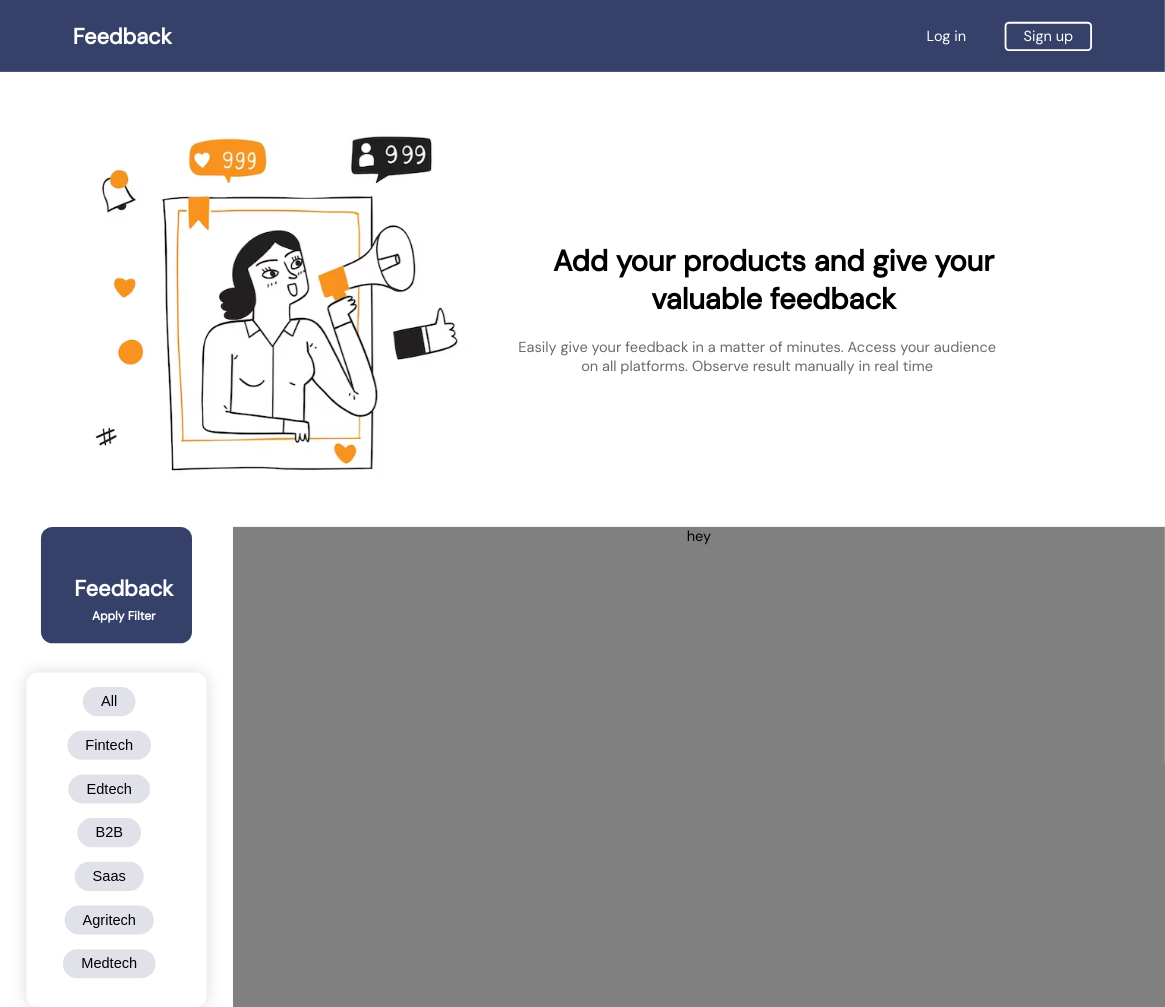
Repository: drumsmanku/final-evaluation-test
Page: / (app in client/)
The author's editor kept a copy of each file at every save. The page is drawn from the files as they stood at one save, then again after the next save.
The browser window is 1280 px wide. The pictures show the whole page, at 91% of full size.
The page's requests for data from a server got no answer. The project was rebuilt for these pictures with package versions that can differ from the ones it lists, and the page was loaded fresh each time. No one was signed in, and anything a server would have sent is missing.

Above is the page before, as saved 2023-07-29 11:43:16.

### client/src/App.js
import './App.css';
import { BrowserRouter as Router, Route, Routes} from 'react-router-dom';
import MainPage from './Components/MainPage';
function App() {
  return (
    <div className="App">
      <Router>
        <Routes>
          <Route path='/' element={<MainPage/>}/>


        </Routes>
      </Router>
    </div>
  );
}

export default App;

### client/src/Components/MainPage.js
import React, {useState, useEffect} from 'react';
import '../CSS/MainPage.css';
import profile from'../Assets/profilepic.webp';
import img1 from '../Assets/frontphoto.png';
import axios from 'axios';

const buttonTitles=['All', 'Fintech', 'Edtech', 'B2B', 'Saas', 'Agritech', 'Medtech'];
const buttonStyles={
  padding:'0.2rem 1.25rem 0.2rem 1.25rem',
  backgroundColor:'#36416A26',
  fontSize:'medium',
  borderRadius:'1rem',
  border:'none',
  margin:'0 1rem 1rem 0',
  height:'2rem',
}

function MainPage() {
  const [categorySet, setCategorySet]=useState([])
  const [isLoggedIn, setIsLoggedIn]=useState(false);
  const [products, setProdcts]=useState([])
  useEffect(()=>{
    const User=localStorage.getItem('user');
    if(User){
      setIsLoggedIn(true);
    }

  }, []);
  const handleLogout=()=>{
    localStorage.removeItem('user');
    setIsLoggedIn(false);
  }
  const handleCategoryClick=(event)=>{
    const currentCat=event.target.value;
    if(!categorySet.includes(currentCat)){
      setCategorySet([...categorySet, event.target.value]);
    }
    else{
      setCategorySet(categorySet.filter(cat=>cat!=currentCat))
    }

  }

  useEffect(()=>{
    const category=categorySet
    axios.get(`http://localhost/4000/get-prods?category=${category.join(',')}`)
    .then((res)=>{setProdcts(res.data.products)})
    .catch(err=>console.log(err))

  }, [categorySet])

  return (
    <div className='main-container'>
      <div className="main-top-container">
        <div className='navbar' >
          <div style={{display:'flex',width:'100%', justifyContent:' space-between', alignItems:'center',}}>
          <h3 style={{marginLeft:'5rem', color:'white', fontSize:'1.5rem'}}>Feedback</h3>
          <div style={{display:'flex', marginRight:'5rem'}}>
              {isLoggedIn ? (
                <>
                  <button style={{background:'none', fontSize:'large', border:'none', fontFamily:'DM Sans', color:'white'}} onClick={handleLogout}>Logout</button>
                  <span style={{color:'white', fontFamily:'DM Sans', fontSize:'large', display:'flex', alignItems:'center', marginLeft:'1rem'}}>Hello!</span>
                  <img src={profile} alt="" height={50} width={50} style={{borderRadius:'100%', marginLeft:'1rem'}} />
                </>
              ) : (
                <>
                  <button className='btn-main-page-login' type='submit'  >Log in</button>
                  <button type='submit'  className='btn-main-page-register' >Sign up</button>
                </>
              )}
            </div>
          </div>
        </div>
        <div className="title-desc">
          <img src={img1} alt="" height={500} style={{marginLeft:'3rem'}}/>
          <div style={{display:'flex', flexDirection:'column', marginLeft:'2rem'}}>
              <h1 style={{maxWidth:'80%'}}> Add your products and give your valuable feedback</h1>
              <span style={{maxWidth:'75%', color:'#6A6A6A'}}>Easily give your feedback in a matter of minutes. Access your audience on all platforms. Observe result manually in real time</span>
          </div>
        </div>
      </div>
      <div className="main-bottom-container">
        <div className="bottom-left">
          <article style={{backgroundColor:'#36416A', width:'65%', color:'white', paddingTop:'2rem', borderRadius:'0.8rem', marginBottom:'2rem'}}>
            <h2 style={{marginBottom:'0.4rem',marginLeft:'1rem'}}>Feedback</h2>
            <h5 style={{marginTop:0, marginLeft:'1rem'}}>Apply Filter</h5>
          </article>
          <article style={{width:'65%', borderRadius:'0.8rem', padding:'1rem', boxShadow:'0 0 17px #00000026'}}>
             {buttonTitles.map((title, idx)=>(
              <button value={title} onClick={handleCategoryClick} style={{...buttonStyles}} key={idx}>{title}</button>
             ))}
          </article>
        </div>
        <div className="bottom-right">
          hey
        </div>
      </div>
    </div>
  )
}

export default MainPage

### client/src/CSS/MainPage.css
@import url('https://fonts.googleapis.com/css2?family=DM+Sans&display=swap');

body{
  font-family: 'DM Sans';
}
.main-container{
  height: 100vh;
  width: 100vw;
  display: flex;
  flex-direction: column;

}
.main-top-container{
  width: 100%;
}
.btn-main-page-login{
  height: 2rem;
  width: 6rem;
  font-weight: 500;
  font-size: medium ;
  background: none;
  border: none;
  border-radius: 0.3rem;
  margin-left: 1rem;
  margin-bottom:0;
  color: white;
  font-family: 'DM Sans';
  cursor: pointer;
}
.btn-main-page-register{
  height: 2rem;
  width: 6rem;
  font-size: medium;
  font-weight: 500;
  background-color: #36416A;
  border: 2px solid white;
  border-radius: 0.3rem;
  margin-left: 1rem;
  margin-bottom:0;
  color: white;
  font-family: 'DM Sans';
  cursor: pointer;
}
.navbar{
  width: 100%;
  background-color: #36416A;
}
.title-desc{
  width: 100%;
  display: flex;
  align-items: center;
  justify-content: space-around;

}
.bottom-left{
  width: 20%;
  display: flex;
  flex-direction: column;
  align-items: center;

}
.bottom-right{
  width: 80%;
  background-color: gray;
}
.main-bottom-container{
  width:100%;
  display: flex;
}

Loaded but not shown: client/public/index.html (common file); client/src/index.js (common file); client/src/index.css (common file); client/src/App.css (common file)

After the next save:
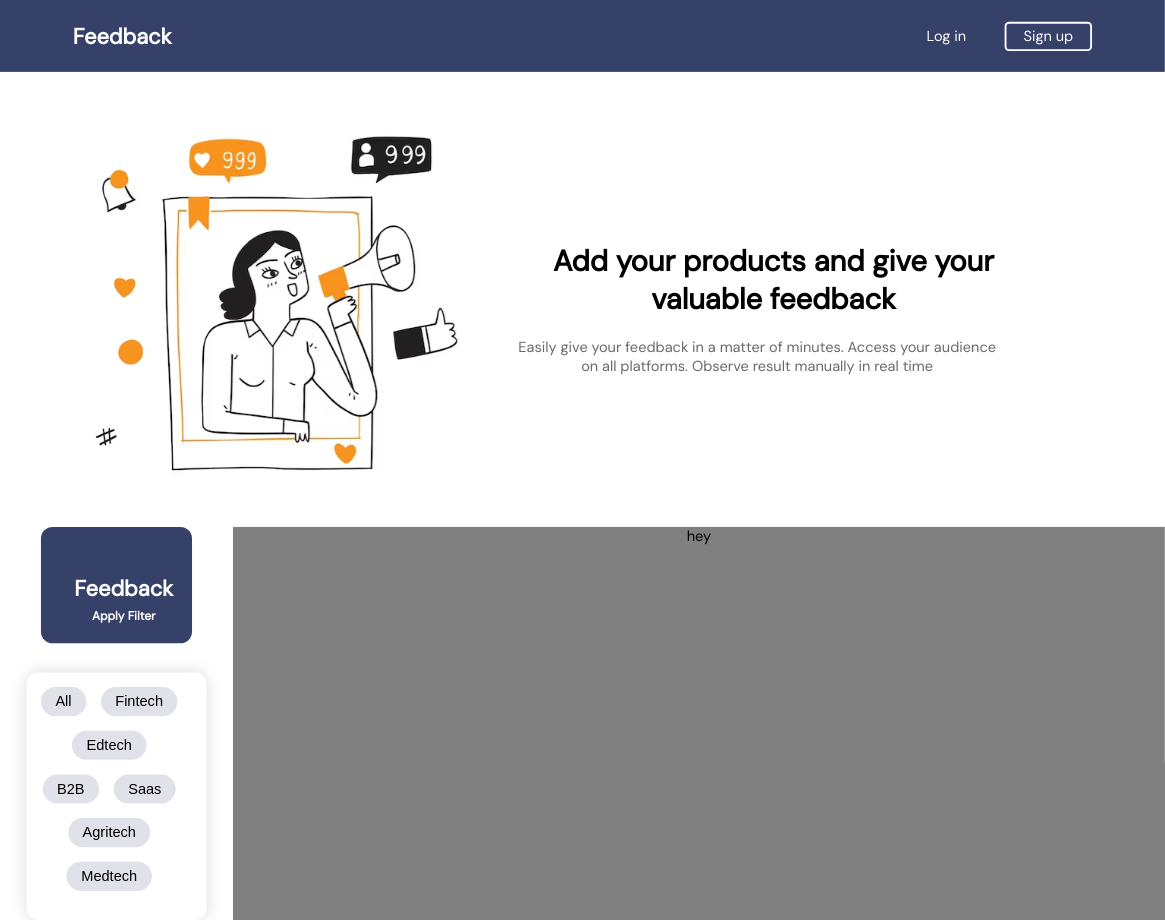
Saved 13 s later.
--- a/client/src/Components/MainPage.js
+++ b/client/src/Components/MainPage.js
@@ -6,7 +6,7 @@ import axios from 'axios';
 
 const buttonTitles=['All', 'Fintech', 'Edtech', 'B2B', 'Saas', 'Agritech', 'Medtech'];
 const buttonStyles={
-  padding:'0.2rem 1.25rem 0.2rem 1.25rem',
+  padding:'0.2rem 1rem 0.2rem 1rem',
   backgroundColor:'#36416A26',
   fontSize:'medium',
   borderRadius:'1rem',

After the 2 saves that followed:
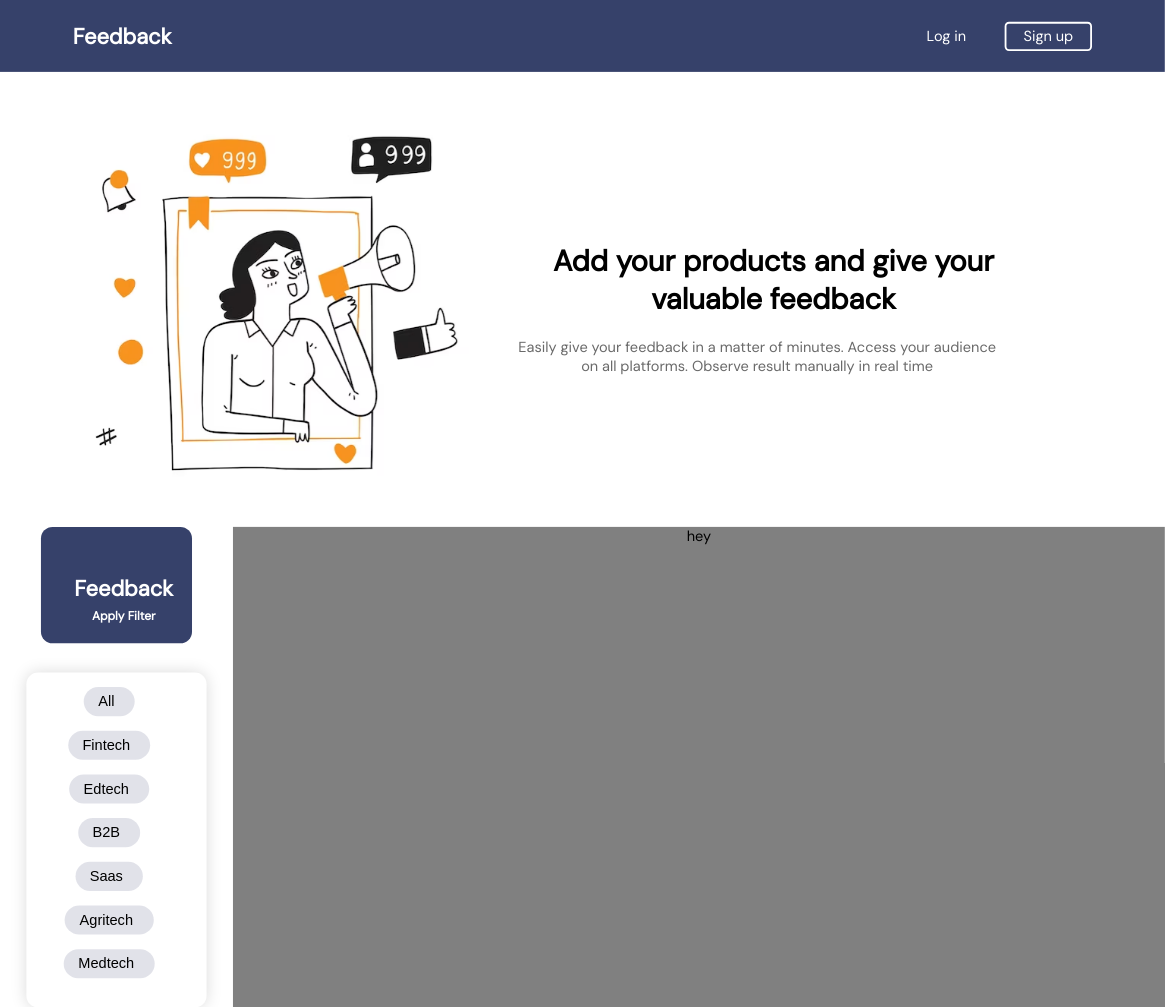
The 2 saves are shown as one change because 1 left the picture as it was.
The last was saved 29 s later.
--- a/client/src/Components/MainPage.js
+++ b/client/src/Components/MainPage.js
@@ -6,13 +6,14 @@ import axios from 'axios';
 
 const buttonTitles=['All', 'Fintech', 'Edtech', 'B2B', 'Saas', 'Agritech', 'Medtech'];
 const buttonStyles={
-  padding:'0.2rem 1rem 0.2rem 1rem',
+  padding:'0.2rem 1.4rem 0.2rem 1rem',
   backgroundColor:'#36416A26',
   fontSize:'medium',
   borderRadius:'1rem',
   border:'none',
   margin:'0 1rem 1rem 0',
   height:'2rem',
+  textAlign:'center',
 }
 
 function MainPage() {
